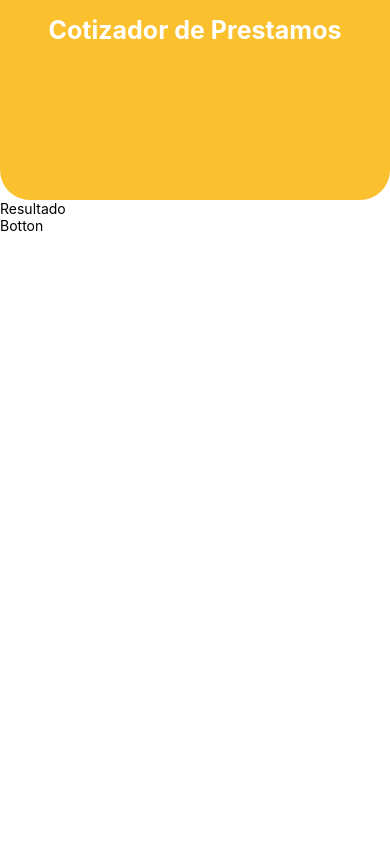
Repository: AleMicky/vagogo
Screen: /
The author's editor kept a copy of each file at every save. The screen is drawn from the files as they stood at one save, then again after a run of saves.
The app was drawn by React Native's web renderer in a window 390 px wide. The project was rebuilt for these pictures with package versions that can differ from the ones it lists, and the page was loaded fresh each time.

Above is the screen before, as saved 2020-06-23 05:01:30.

After the next 2 saves:
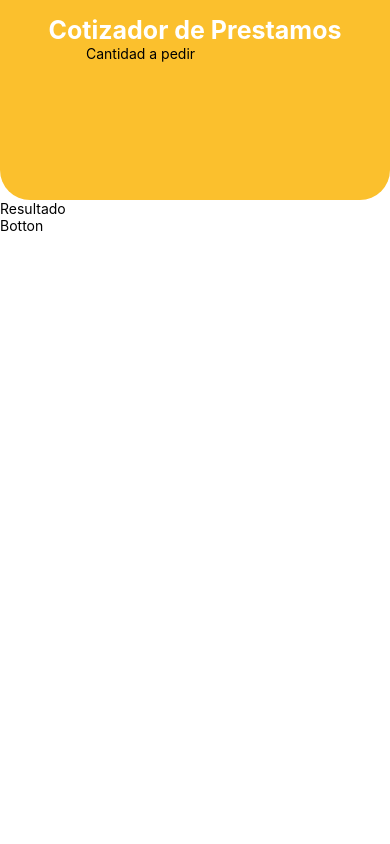
The 2 saves are shown as one change because 1 did not build or start.
The last was saved 90 s later.
--- a/App.js
+++ b/App.js
@@ -1,12 +1,14 @@
 import React from 'react'
 import { View, StyleSheet, Text, SafeAreaView, StatusBar } from 'react-native'
 import color from './src/utils/color'
+import Form from './src/components/Form'
 export default function App() {
   return (
     <>
     <StatusBar barStyle="light-content"/>
       <SafeAreaView style={styles.sefaArea}>
         <Text style={styles.titlulo}>Cotizador de Prestamos</Text>
+          <Form/>
       </SafeAreaView>
       <View>
         <Text>Resultado</Text>
@@ -14,7 +16,7 @@ export default function App() {
       <View>
         <Text>Botton</Text>
       </View>
-    </>
+      </>
   )
 }
 
